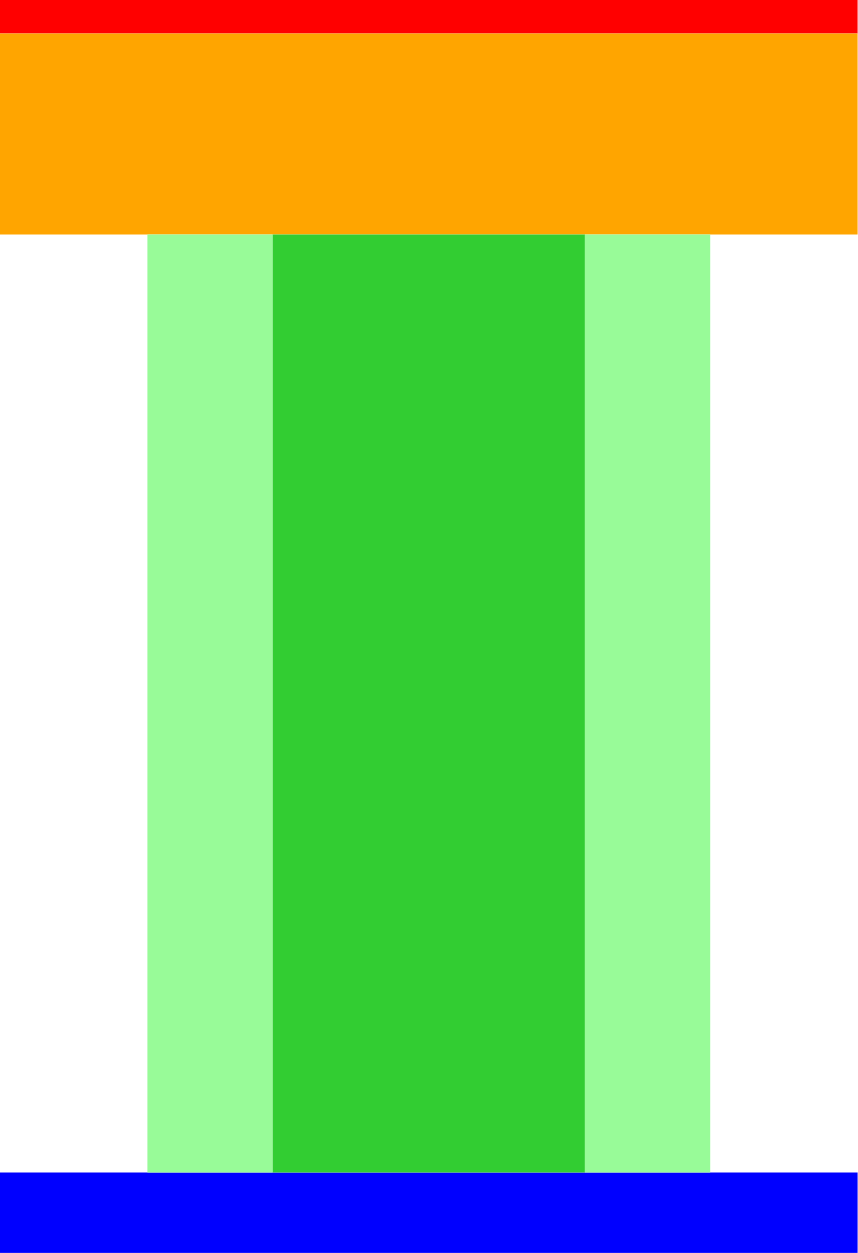
Repository: rascalNoShippo/git-practice
Page: chapter4_exercise/index.html
The author's editor kept a record of every edit. The page is drawn from the files as they stood at one moment, then again after the next edit.
The browser window is 1280 px wide. The pictures show the whole page, at 67% of full size.

Above is the page before.

After the next edit:
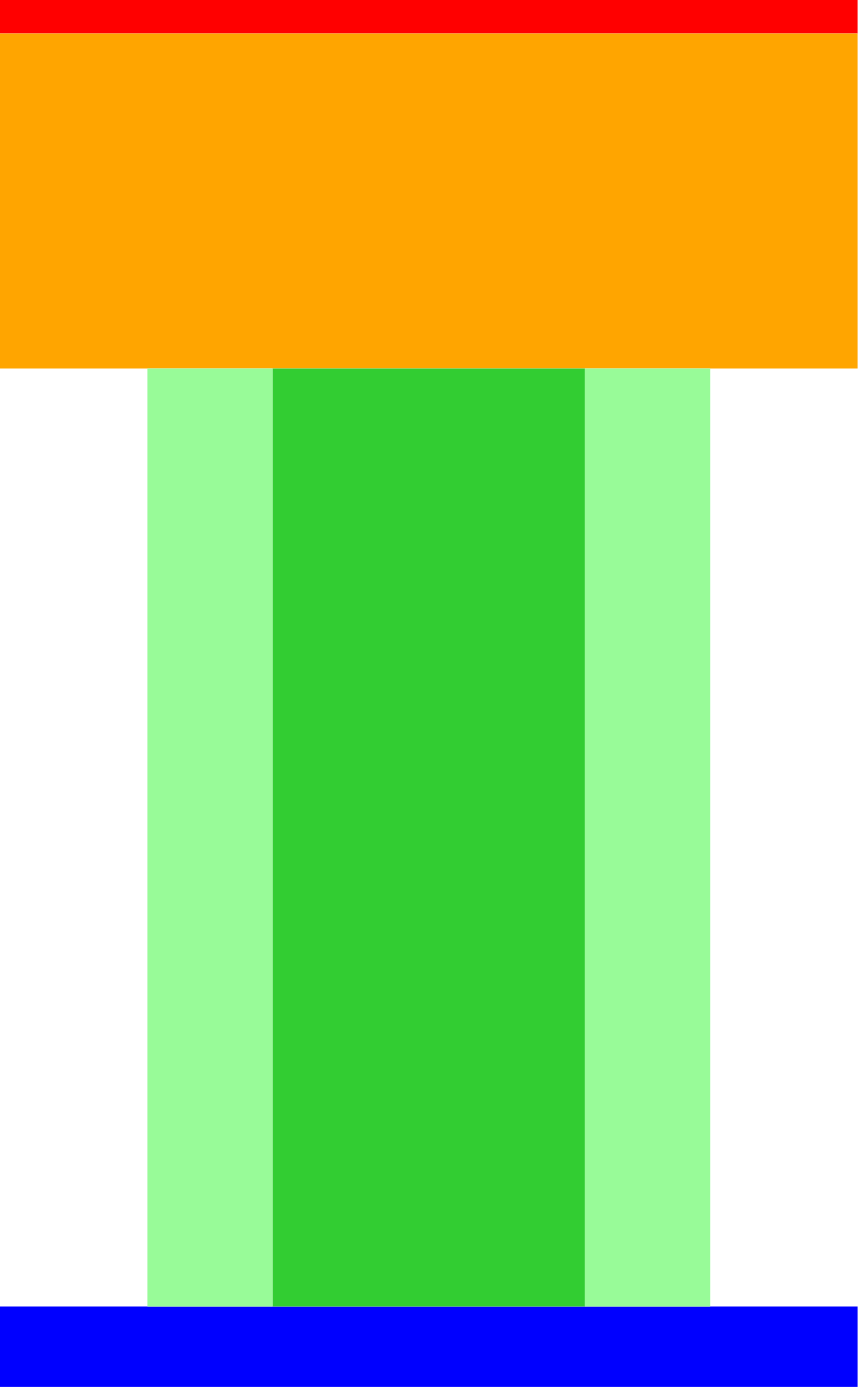
The edit:
--- a/chapter4_exercise/style.css
+++ b/chapter4_exercise/style.css
@@ -12,7 +12,7 @@
 
 .main-visual{
   width: 100%;
-  height: 300px;
+  height: 500px;
   background-color: orange;
 }
 
